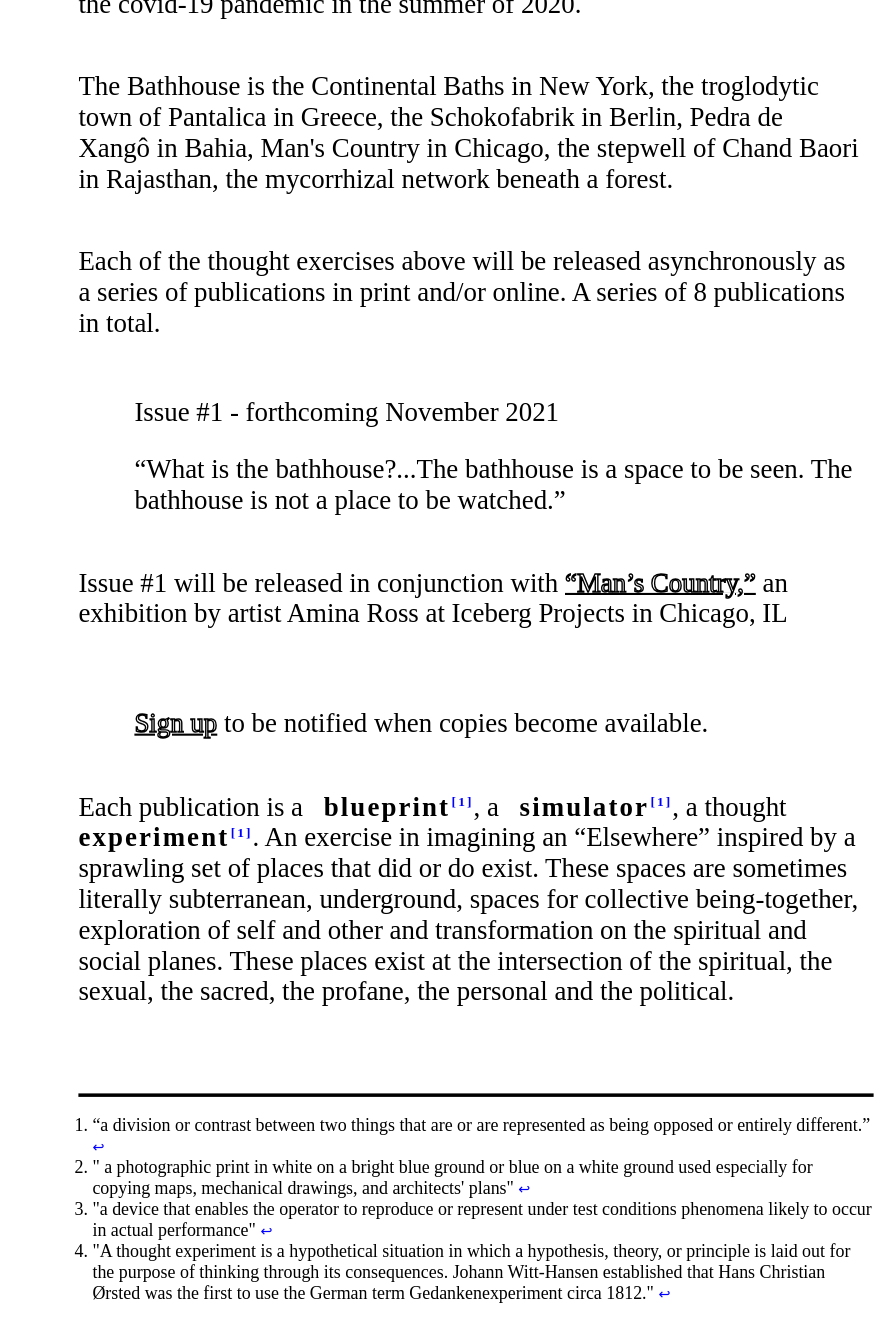
Repository: ayoungblood2/bathhouse.online
Page: index.html
These files come from the project's save history. The page is drawn as it stood at one moment and after the next save; the edit follows.
The browser window is 1280 px wide. The pictures show the part of the page from y = 2550 to 4470 px (the page is 4470 px tall), at 70% of full size.
An inner scrolling area shows only its first screen. Backgrounds fixed to the window are drawn as part of the page. Some web fonts or font styles are not loaded; a fallback is used.

Above is the page before, as saved 2021-10-16 17:46:15.
Not found: js/layout_main.js
Not found: js/three_main.js
Not found: style.css

### index.html
<!DOCTYPE html>
<html>

<head>
    <meta charset="UTF-8">
    <meta name="viewport" content="width=device-width, initial-scale=1.0, maximum-scale=1.0, user-scalable=no" />
    <title>bathhouse.online</title>
    <link rel="apple-touch-icon" sizes="180x180" href="/apple-touch-icon.png">
    <link rel="icon" type="image/png" sizes="32x32" href="/favicon-32x32.png">
    <link rel="icon" type="image/png" sizes="16x16" href="/favicon-16x16.png">
    <link rel="manifest" href="/site.webmanifest">
    <link rel="stylesheet" href="style.css">
    <script src="http://code.jquery.com/jquery-1.12.0.min.js"></script>
    <link rel='dns-prefetch' href='//ajax.googleapis.com' />
    <meta name="keywords" content="Amina Ross, Avery Youngblood">
    <meta name="author" content="Avery Youngblood">
    <script type="text/javascript" src="./js/layout_main.js"></script>
    <script type="text/javascript" src="./js/three_main.js"></script>

    <style>
        @font-face {
            font-family: Avenir Next Heavy;
            src: url(fonts/AvenirNext.ttc);
        }

        body,
        html {
            height: 100%;
            width: 100%;
            margin: 0;
            overflow-x: hidden;
        }

        *,
        *:before,
        *:after {
            box-sizing: inherit;
        }

        .bg {

            /* background-image: url('images/20211010224425098.gif'); */


            /* Full height */
            height: 100%;

            /* Center and scale the image nicely */
            background-position: center;
            background-repeat: no-repeat;
            background-size: cover;
            position: relative;
            top: 0;
            left: 0;

            /* padding: 100px; */

            font-family: "Avenir Next Heavy";

        }




        .txt {
            position: absolute;
            top: 60px;
            left: 80px;
            font-family: "Avenir Next Heavy";
        }

        h1 {
            font-size: 10vw;
            text-align: center;
        }

        p {
            font-size: 3vw;
        }

        .parallax {
            /* The image used */
            background-image: url('images/20211010224425098.gif');

            /* Full height */
            height: 100%;

            /* Create the parallax scrolling effect */
            background-attachment: fixed;
            background-position: center;
            background-repeat: no-repeat;
            background-size: cover;
        }

        .container {
            padding: 10px;
            width: 2em;
        }

        .item {
            width: 50%;
            width: fit-content;
            padding: 5px;
            margin-bottom: 1em;
        }


        @media only screen and (max-width:900px) {
            h1 {
                font-size: 8vw;
            }

            .bg {
                padding: 0px;
            }

            p {
                font-size: 2vw;
            }
        }

        .top {
            padding: 1em;
            /* display: grid; */
            /* grid-gap: 3em; */
            grid-template-columns: repeat(1, 250px);
        }

        .quote {
            padding: 1em;
            /* border-radius: .3em; */
            /* box-shadow: 10px 10px 30px rgba(0, 0, 0, 0.1); */
        }

        p {
            margin-top: 0;
            margin-right: 20px;
            font-size: 3vw;
        }

        span {
            font-weight: bold;
            position: relative;
            margin-left: 20px;
        }

        :before {
            content: '';
            position: fixed;
            height: 1px;
            width: 20px;
            /* border-bottom: 1px solid black; */
            top: 20px;
        }




        @media(min-width:950px) {
            .top {
                grid-template-columns: repeat(2, 250fr);
            }
        }

        .tab {
            margin-left: 80px;
        }



        footer {
            margin-top: 50px;
            border-top: 5px solid black;
            font-size: 2vw;
        }

        footer ol {
            padding-left: 20px;
        }

        /**
 * Initialiazing a `footnotes` counter on the wrapper
 */
        article {
            counter-reset: footnotes;
        }

        /**
 * Inline footnotes references
 * 1. Increment the counter at each new reference
 * 2. Reset link styles to make it appear like regular text
 */
        [aria-describedby="footnote-label"] {
            counter-increment: footnotes;
            /* 1 */
            text-decoration: none;
            /* 2 */
            color: inherit;
            /* 2 */
            cursor: default;
            /* 2 */
            outline: none;
            /* 2 */
        }

        /**
 * Actual numbered references
 * 1. Display the current state of the counter (e.g. `[1]`)
 * 2. Align text as superscript
 * 3. Make the number smaller (since it's superscript)
 * 4. Slightly offset the number from the text
 * 5. Reset link styles on the number to show it's usable
 */
        [aria-describedby="footnote-label"]::after {
            content: '['counter(footnotes) ']';
            /* 1 */
            vertical-align: super;
            /* 2 */
            font-size: 0.5em;
            /* 3 */
            margin-left: 2px;
            /* 4 */
            color: blue;
            /* 5 */
            /* text-decoration: underline; */
            /* 5 */
            cursor: pointer;
            /* 5 */
        }

        /**
 * Resetting the default focused styles on the number
 */
        [aria-describedby="footnote-label"]:focus::after {
            outline: thin dotted;
            outline-offset: 2px;
        }

        [aria-label="Back to content"] {
            font-size: 0.8em;
        }

        /**
 * Highlight target note
 */
        footer :target {
            background: white;
            padding: 10%;
            background-clip: border-box;
        }

        /**
 * Visually hidden yet accessible content
 */
        .visually-hidden {
            position: absolute;
            clip: rect(0 0 0 0);
            visibility: hidden;
            opacity: 0;
        }
    </style>

<body>


    <div class="parallax"></div>

    <div class="bg"></div>

    <div class="txt">

        <h1>bathhouse.online</h1>



        <div class="top">
            <div class="quote">

                <p style="font-size: 5vw;">

                    The bathhouse is safe. <br>The bathhouse is not secure.<br><br>
                    The bathhouse is a space to be seen. <br>The bathhouse is not a place to be watched.<br><br>
                    The bathhouse is sensual. <br>The bathhouse is not unspiritual.<br><br>
                    The bathhouse is a space for meaningful work. <br>The bathhouse is not a workplace.<br><br>
                    The bathhouse is a technology. <br>The bathhouse is not a machine.<br><br>
                    The bathhouse is immersive. <br>The bathhouse is not without a body.<br><br>
                    The bathhouse is sweating. <br>The bathhouse is not drained.<br><br>
                    The bathhouse is gone. <br>The bathhouse is not over.<br>
                </p>

                <br>

                <p>
                    “The Bathhouse” is a yet-to-exist space, generated through a set of (false)<span
                        style="letter-spacing: 3px;"><a href="#footnotes" aria-describedby="footnote-label"
                            id="footnotes-ref">dichotomies</a></span>,
                    core questions, reflections and exercises. The characteristics of The Bathhouse are drawn from the
                    "Queer/Bath/House Research Project" - A research project conceived of by <a
                        style="color: white; -webkit-text-stroke: 2px black;" href=aminaross.com>Amina
                        Ross</a>, carried forward with artist and summer research assistant <a
                        style="color: white; -webkit-text-stroke: 2px black;" href=https://nguyenbao.myportfolio.com>
                        Bao Nguyen</a>. "Queer/Bath/House Research Project" took place during the
                    height of the covid-19 pandemic in the summer of 2020.

                </p>
                <br> <br>
                <p>
                    The Bathhouse is the Continental Baths in New York, the troglodytic town of Pantalica in Greece, the
                    Schokofabrik in Berlin, Pedra de Xangô in Bahia, Man's Country in Chicago, the stepwell of Chand
                    Baori in Rajasthan, the mycorrhizal network beneath a forest.


                </p>
                <br> <br>
                <p>
                    Each of the thought exercises above will be released asynchronously as a series of publications in
                    print and/or online. A series of 8 publications in total.<br><br>
                <p class="tab">Issue #1 - forthcoming November 2021</p>
                <p class="tab">“What is the bathhouse?...The bathhouse is a space to be seen. The bathhouse is not a
                    place to be
                    watched.”</p>
                </p>
                <br> <br>
                <p>
                    Issue #1 will be released in conjunction with <a
                        style="color: white; -webkit-text-stroke: 2px black;" href=https://icebergchicago.com>“Man’s
                        Country,”</a> an exhibition by artist Amina Ross at Iceberg Projects in Chicago, IL
                </p>
                <br> <br>
                <p>

                <p class="tab"><a style="color: white; -webkit-text-stroke: 2px black;"
                        href=https://forms.gle/NMAofWzGxNe4W74i9>Sign up</a> to be notified when copies become
                    available.</p>

                </p>
                <br> <br>
                <p>
                    Each publication is a <span style="letter-spacing: 3px;"><a href="#css"
                            aria-describedby="footnote-label" id="css-ref">blueprint</a></span>, a <span
                        style="letter-spacing: 3px;"><a href="#css-counters" aria-describedby="footnote-label"
                            id="css-counters-ref">simulator</a></span>, a thought <span style="letter-spacing: 3px;"><a
                            href="#css-counters-2" aria-describedby="footnote-label"
                            id="css-counters-ref-2">experiment</a></span>. An exercise in imagining an
                    “Elsewhere” inspired by a sprawling set of places that did or do exist. These spaces are sometimes
                    literally subterranean, underground, spaces for collective being-together, exploration of self and
                    other and transformation on the spiritual and social planes. These places exist at the intersection
                    of the spiritual, the sexual, the sacred, the profane, the personal and the political.

                </p>
                <br> <br>


                <footer>

                    <ol>
                        <li id="footnotes"><a style="text-decoration: none; color: black;"
                                href=https://www.lexico.com/en/definition/dichotomy>“a division or contrast between two
                                things that
                                are or are represented as
                                being opposed or entirely different.”</a>

                            <a href="#footnotes-ref" aria-label="Back to content"
                                style="color: blue; text-decoration: none;">↩</a>

                        </li>

                        <li id="css"><a style="text-decoration: none; color: black;"
                                href=https://www.merriam-webster.com/dictionary/blueprint#:~:text=Blueprint%20%7C%20Definition%20of%20Blueprint%20by%20Merriam%2DWebster>"
                                a photographic print in white on a bright blue ground or blue on a white ground
                                used especially for copying maps, mechanical drawings, and architects' plans"</a>

                            <a href="#css-ref" aria-label="Back to content"
                                style="color: blue; text-decoration: none;">↩</a>

                        </li>

                        <li id="css-counters"><a style="text-decoration: none; color: black;"
                                href=https://www.merriam-webster.com/dictionary/simulator>"a device that enables the
                                operator to reproduce or represent under test
                                conditions phenomena likely to occur in actual performance"</a>

                            <a href="#css-counters-ref" aria-label="Back to content"
                                style="color: blue; text-decoration: none;">↩</a>

                        </li>

                        <li id="css-counters-2"><a style="text-decoration: none; color: black;"
                                href=https://en.wikipedia.org/wiki/Thought_experiment>"A thought experiment is a
                                hypothetical situation in which a hypothesis, theory, or principle is laid out for the
                                purpose of thinking through its consequences. Johann Witt-Hansen established that Hans
                                Christian Ørsted was the first to use the German term Gedankenexperiment circa
                                1812."</a>

                            <a href="#css-counters-ref-2" aria-label="Back to content"
                                style="color: blue; text-decoration: none;">↩</a>

                        </li>

                    </ol>
                </footer>


            </div>


        </div>

    </div>


</body>

<script>
    $(function () {
        var previousScroll = 0;
        $(window).scroll(function (event) {
            var scroll = $(this).scrollTop();
            var heading = $('.parallax');

            if (scroll > 600) {
                console.log('scrolling down');
                heading.fadeIn("slow", function () {
                    heading.css('opacity', '0.4');
                });
            } else {
                heading.fadeIn("slow", function () {
                    heading.css('opacity', '1');
                });
            }
            previousScroll = scroll;
        });
    })
</script>
</head>

</html>

After the next save:
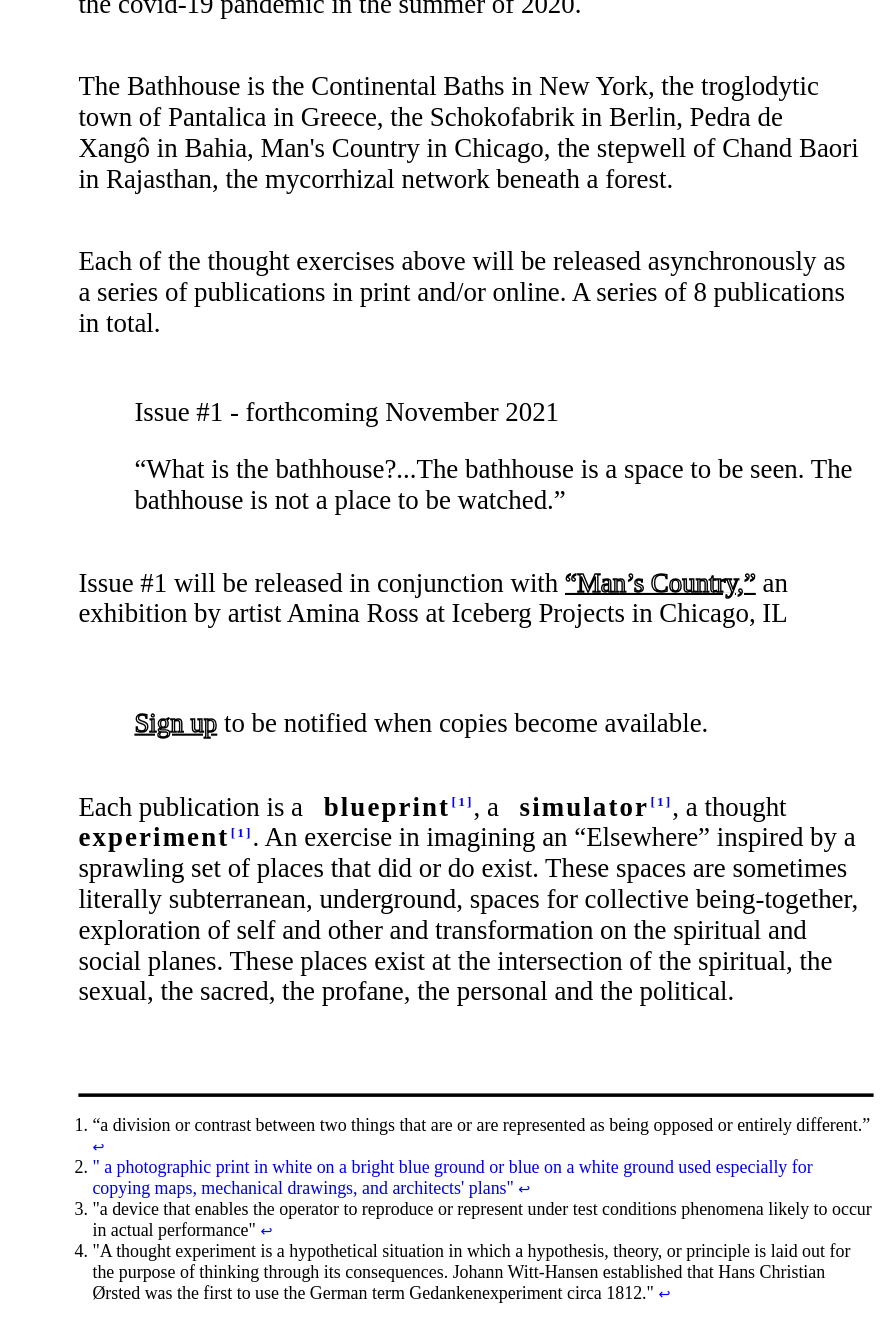
Saved 23 s later.
--- a/index.html
+++ b/index.html
@@ -365,7 +365,7 @@
 
                         </li>
 
-                        <li id="css"><a style="text-decoration: none; color: black;"
+                        <li id="css"><a style="text-decoration: none; color: ;"
                                 href=https://www.merriam-webster.com/dictionary/blueprint#:~:text=Blueprint%20%7C%20Definition%20of%20Blueprint%20by%20Merriam%2DWebster>"
                                 a photographic print in white on a bright blue ground or blue on a white ground
                                 used especially for copying maps, mechanical drawings, and architects' plans"</a>

After the save that followed:
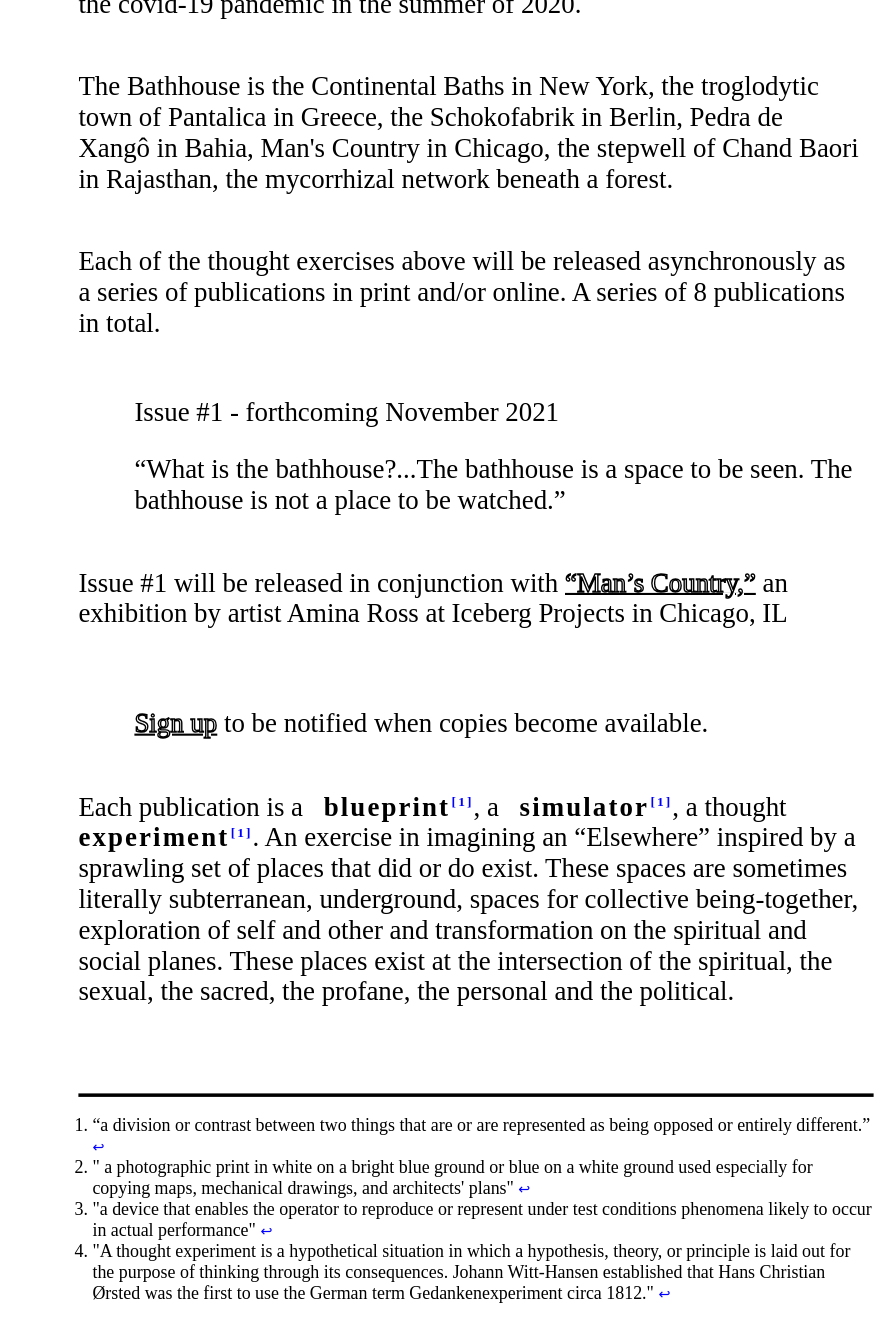
Saved 9 s later.
--- a/index.html
+++ b/index.html
@@ -365,7 +365,7 @@
 
                         </li>
 
-                        <li id="css"><a style="text-decoration: none; color: ;"
+                        <li id="css"><a style="text-decoration: none; color: black;"
                                 href=https://www.merriam-webster.com/dictionary/blueprint#:~:text=Blueprint%20%7C%20Definition%20of%20Blueprint%20by%20Merriam%2DWebster>"
                                 a photographic print in white on a bright blue ground or blue on a white ground
                                 used especially for copying maps, mechanical drawings, and architects' plans"</a>
